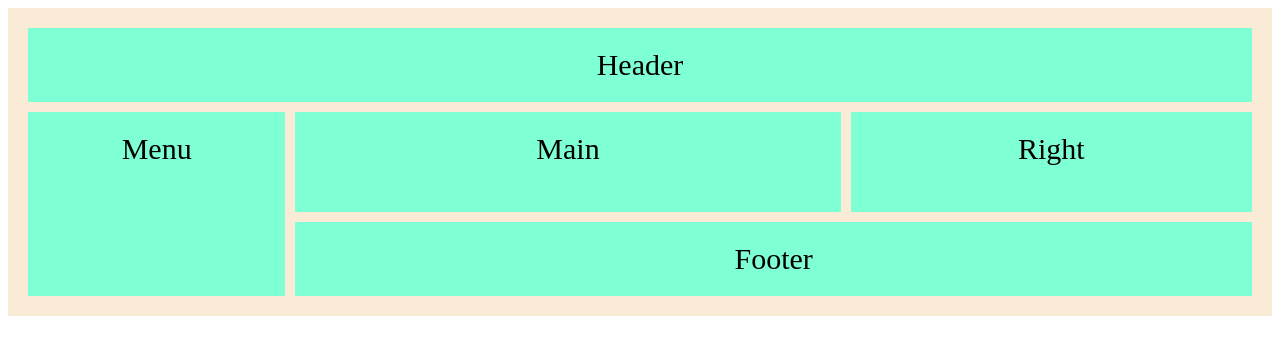
Repository: Thonghehe/Lab1_WEB106
Page: index11.html
The author's editor kept a copy of each file at every save. The page is drawn from the files as they stood at one save, then again after the next save.
The browser window is 1280 px wide. The pictures show the whole page.

Above is the page before, as saved 2024-03-05 17:38:20.

### index11.html
<!DOCTYPE html>
<html lang="en">

<head>
    <meta charset="UTF-8">
    <meta name="viewport" content="width=device-width, initial-scale=1.0">
    <title>Document</title>
    <link rel="stylesheet" href="./style.css">
</head>

<body>
    <div class="grid-container">
        <div class="item1">Header</div>
        <div class="item2">Menu</div>
        <div class="item3">Main</div>
        <div class="item4">Right</div>
        <div class="item5">Footer</div>
    </div>
</body>

</html>

### style.css
.item1 {
    grid-area: header;
}

.item2 {
    grid-area: menu;
}

.item3 {
    grid-area: main;
}

.item4 {
    grid-area: right;
}

.item5 {
    grid-area: footer;
}

.grid-container {
    display: grid;
    grid-template-areas:
        'header header header header header header'
        'menu main main main right right '
        'menu footer footer footer footer footer';
    gap: 10px;
    padding: 20px;
    background-color: antiquewhite;
    grid-template-columns: auto;
    grid-template-rows: auto 100px;
    /* justify-content: space-between; */
    /* align-content: space-around; */

}

.grid-container>div {
    background-color: aquamarine;
    text-align: center;
    padding: 20px;
    font-size: 30px;
}

After the next save:
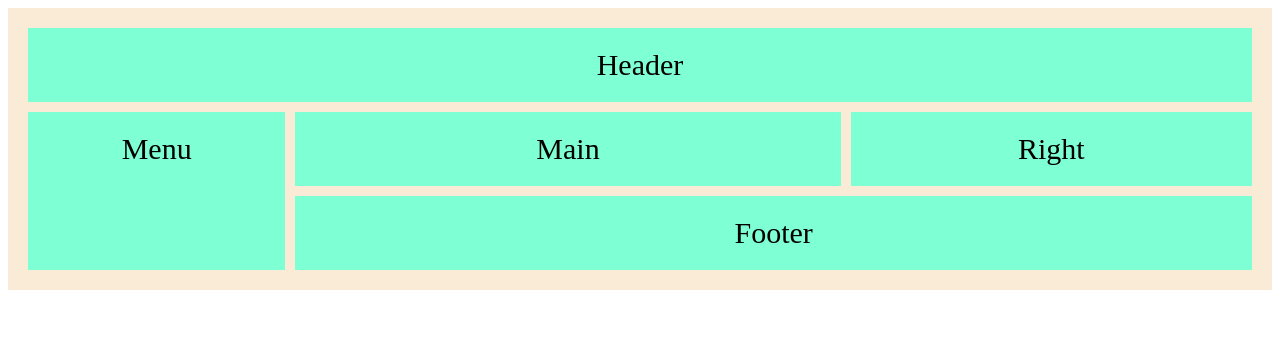
Saved 14 s later.
--- a/style.css
+++ b/style.css
@@ -28,7 +28,7 @@
     padding: 20px;
     background-color: antiquewhite;
     grid-template-columns: auto;
-    grid-template-rows: auto 100px;
+    grid-template-rows: auto;
     /* justify-content: space-between; */
     /* align-content: space-around; */
 
